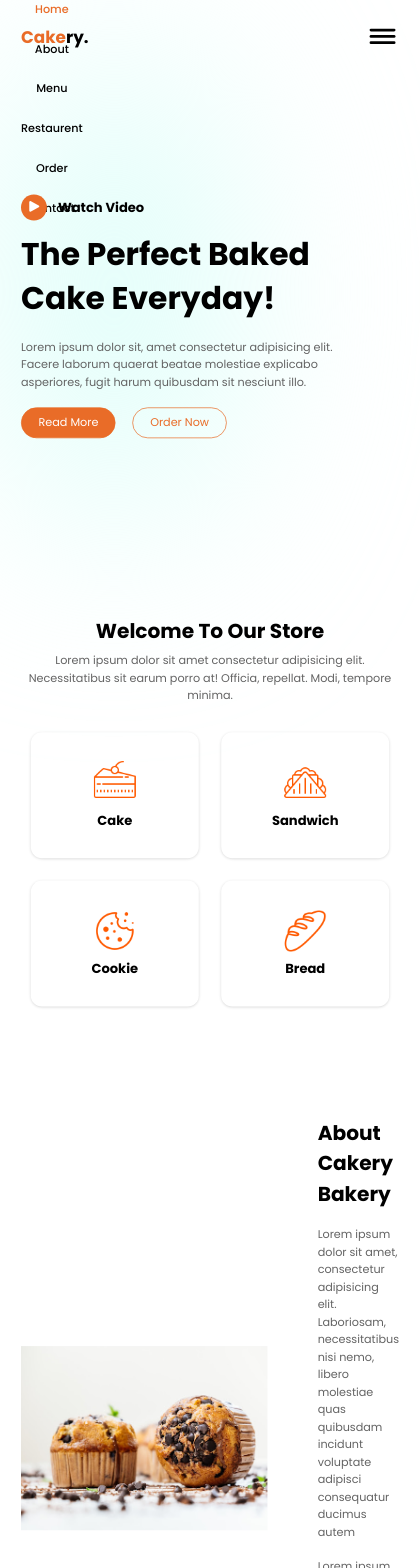
Repository: kingamirhosein100000-maker/cake.shop
Page: index.html
The author's editor kept a copy of each file at every save. The page is drawn from the files as they stood at one save, then again after a run of saves.
The browser window is 600 px wide. The pictures show the part of the page from y = 0 to 2240 px (the page is 5901 px tall), at 70% of full size.
Some web libraries are served in a nearby version.

Above is the page before, as saved 2026-01-29 19:33:53.

After the next 2 saves:
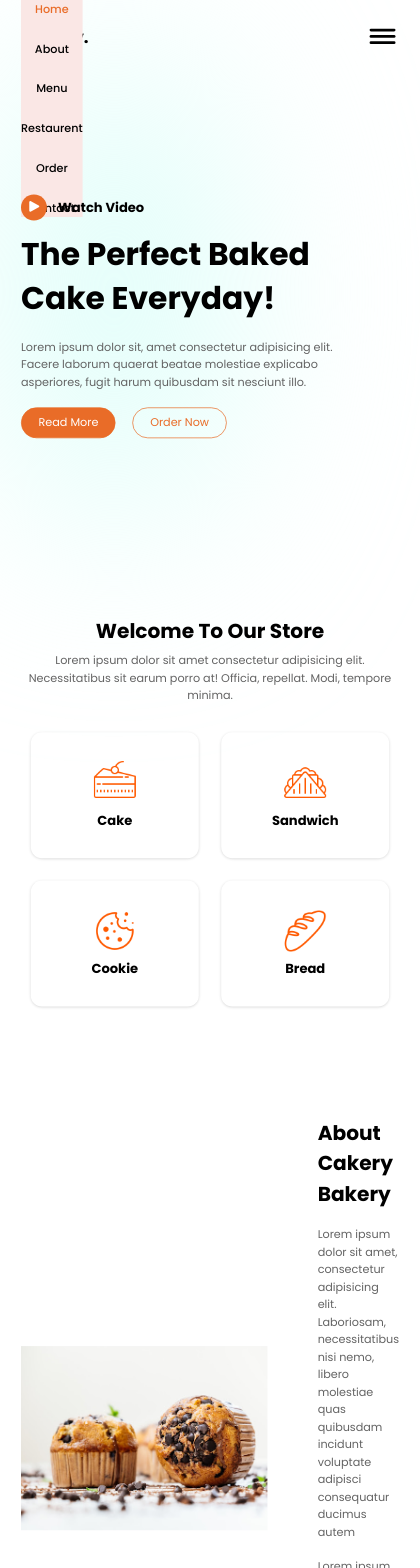
The 2 saves are shown as one change because they came seconds apart.
The last was saved 9 s later.
--- a/style.css
+++ b/style.css
@@ -428,6 +428,6 @@
                             position: absolute;
                             top: 0;
                             flex-direction: column;
-                            background: var(--);
-                        }
-                    }
+                            background: var(--dawn-pink);
+                        }
+                    }
